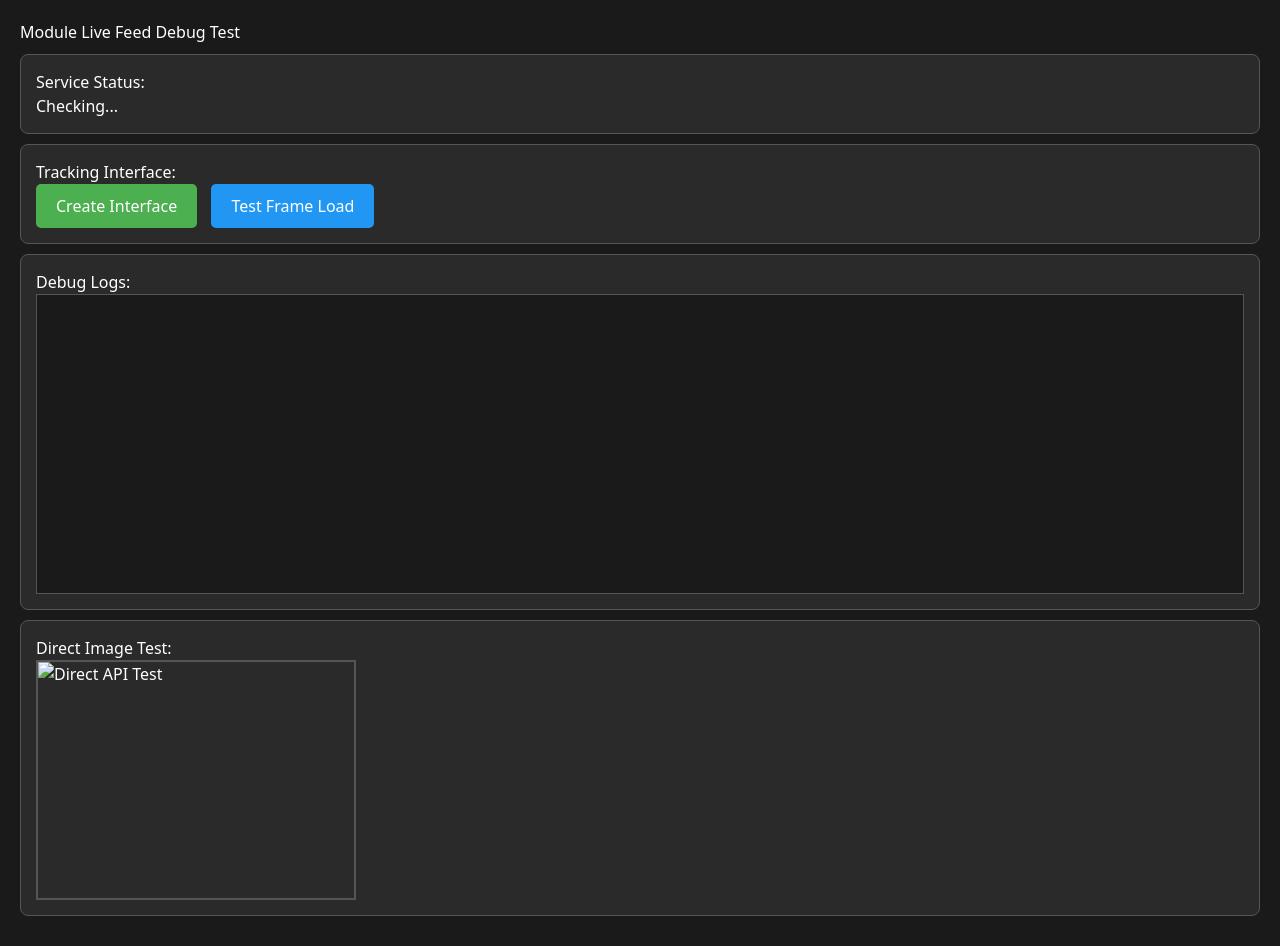
Repository: secretnacode/EyeLearn
Page: test_module_interface.html
An editor plug-in stored every save of this project. The page is shown before and after the next save, followed by the edit.
The browser window is 1280 px wide. The pictures show the whole page.
The page's requests for data from a server got no answer. Some web libraries are served in a nearby version.

Above is the page before, as saved 2025-07-27 00:59:18.
Console error: SyntaxError: Invalid or unexpected token

After the next save:
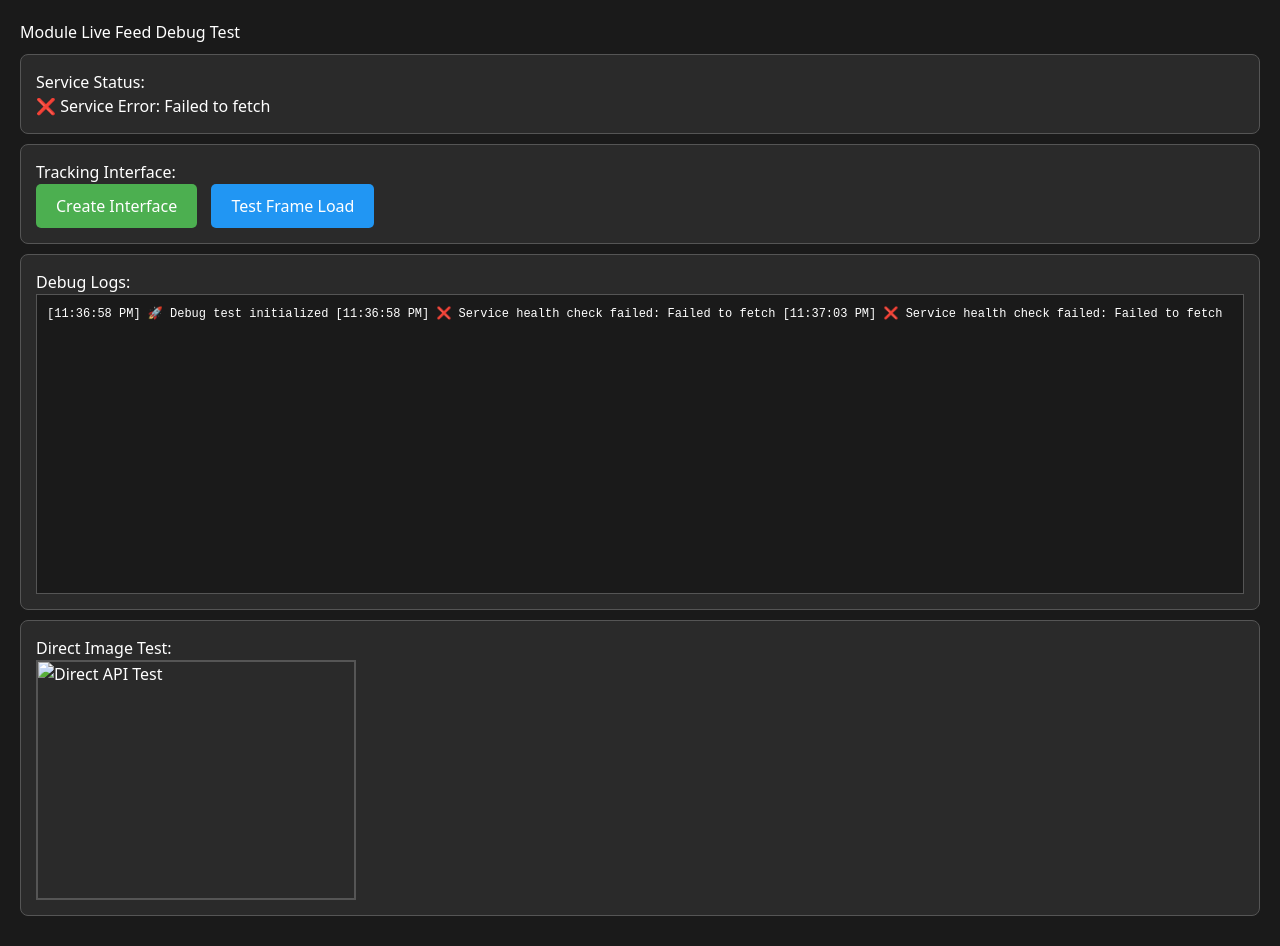
The error is gone.
Saved 73 s later.
--- a/test_module_interface.html
+++ b/test_module_interface.html
@@ -69,7 +69,7 @@
             // Create the exact same interface as the module
             const trackingContainer = document.createElement('div');
             trackingContainer.id = 'cv-eye-tracking-interface';
-            trackingContainer.innerHTML = \`
+            trackingContainer.innerHTML = `
                 <div class="fixed top-20 right-4 bg-black text-white shadow-2xl rounded-lg border border-gray-600 z-50" style="width: 180px; font-family: system-ui;">
                     <!-- Header with red dot and "Eye Tracking" -->
                     <div class="px-2 py-1.5 border-b border-gray-600">
@@ -107,7 +107,7 @@
                              class="rounded-b-lg">
                     </div>
                 </div>
-            \`;
+            `;
 
             document.body.appendChild(trackingContainer);
             log('✅ Interface created');
